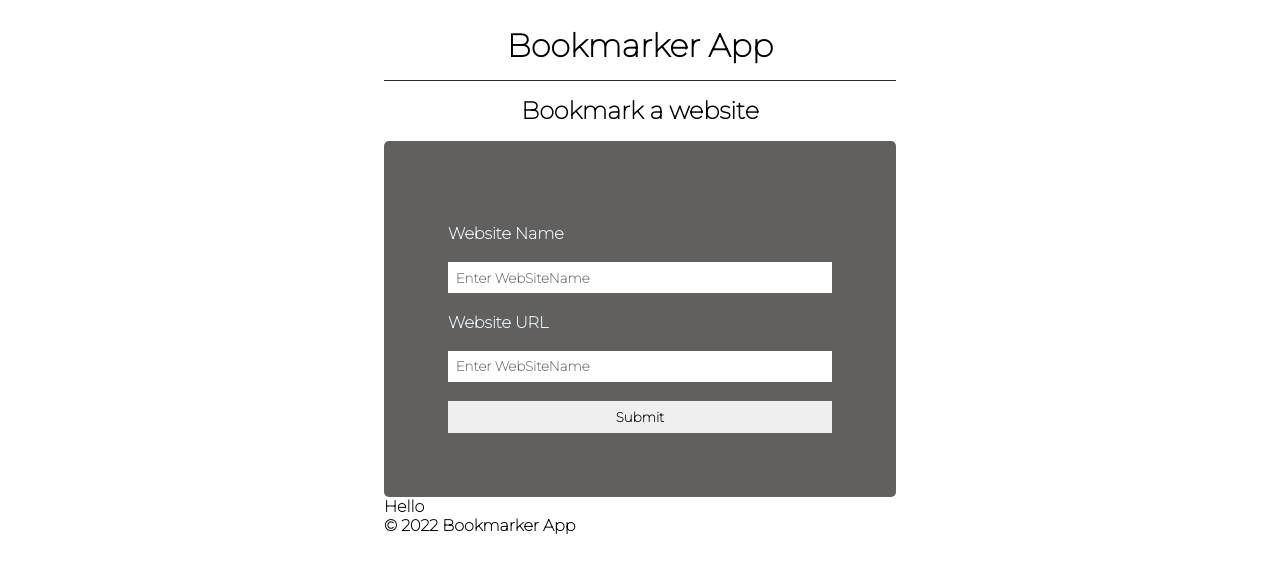
Repository: Suporl9/BookMarkerApp
Page: index.html
These files come from the project's save history. The page is drawn as it stood at one moment and after the next save; the edit follows.
The browser window is 1280 px wide. The pictures show the whole page.

Above is the page before, as saved 2021-11-21 21:17:02.

### index.html
<!DOCTYPE html>
<html lang="en">
  <head>
    <meta charset="UTF-8" />
    <meta http-equiv="X-UA-Compatible" content="IE=edge" />
    <meta name="viewport" content="width=device-width, initial-scale=1.0" />
    <link rel="stylesheet" href="./style.css" />
    <title>Document</title>
  </head>
  <body>
    <div class="container">
      <div class="innerContainer">
        <div class="ininContainer">
          <div class="bookmarkerSection"><h1>Bookmarker App</h1></div>
          <!-- <h1>Bookmarker App</h1> -->
          <div class="vh"></div>
          <div class="formInput">
            <form class="formSec">
              <h2 class="h2class">Bookmark a website</h2>
              <div class="sitesec">
                <label class="labc" name="siteName">Website Name</label>
                <input
                  type="text"
                  name="sitename"
                  placeholder="Enter WebSiteName"
                  class="inpClass"
                />
                <label class="labc" name="siteName">Website URL</label>
                <input
                  type="text"
                  name="sitename"
                  class="inpClass"
                  placeholder="Enter WebSiteName"
                />
                <button class="submBtn">Submit</button>
              </div>
            </form>
          </div>
          <div class="toBeAdded">Hello</div>
          <footer class="footer">
            <p>&copy; 2022 Bookmarker App</p>
          </footer>
        </div>
      </div>
    </div>
  </body>
</html>

### style.css
@import url("https://fonts.googleapis.com/css2?family=Montserrat:wght@100&display=swap");

:root {
  --main-bg-color: rgb(255, 255, 255);
  --main-grey: rgb(97, 96, 95);
}
* {
  font-family: "Montserrat", sans-serif;
  box-sizing: border-box; /* includes padding in height and width(the box outside doesnot get bigger when adding padding and stuff)*/
  margin: 0;
  padding: 0;
  font-weight: bold;
  border: none;
}
body {
  width: 80%;
  margin: auto;
}
.container {
  font-family: "Montserrat", sans-serif;

  display: flex;
  justify-content: center;
}
.innerContainer {
  /* display: flex;
  flex-direction: column; */
  width: 50%;
  margin: auto;
  /* justify-content: center;
  align-self: center; */
}
.ininContainer {
  display: flex;
  flex-direction: column;
  margin-top: 5%;
  /* align-content: center; */
  /* justify-content: center; */
}
.bookmarkerSection {
  display: flex;
  justify-content: center;
}
.vh {
  border-bottom: 1px solid rgb(43, 42, 42);
  margin-top: 3%;
}
/* .formInput {
  display: flex;
  flex-direction: column;
  justify-content: center;
} */
.h2class {
  align-self: center;
  margin-bottom: 3%;
}
.formSec {
  display: flex;
  flex-direction: column;
  margin-top: 3%;
  /* justify-content: end; */
  /* width: 0%; */
  /* align-content: center; */
}
.sitesec {
  display: flex;
  flex-direction: column;
  background-color: var(--main-grey);
  padding: 4rem;
  border-radius: 5px;
  color: aliceblue;
}
.submBtn {
  margin-top: 5%;
  padding: 0.5rem;
}
.inpClass {
  margin-top: 5%;
  padding: 2%;
}
.labc {
  margin-top: 5%;
}
/* .formSec,
.sitesec {
  display: flex;
  flex-direction: column;
} */
/* .sitesec {
  display: flex;
  flex-direction: column;
}
 */

After the next save:
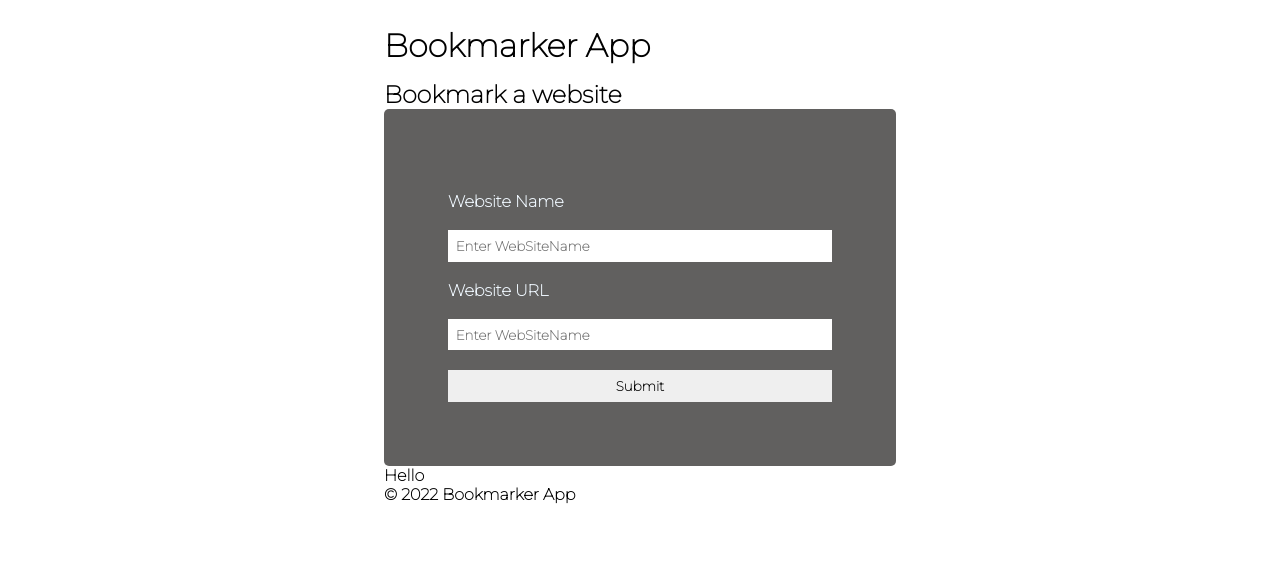
Saved 29 s later.
--- a/style.css
+++ b/style.css
@@ -34,8 +34,8 @@ body {
   display: flex;
   flex-direction: column;
   margin-top: 5%;
-  /* align-content: center; */
-  /* justify-content: center; */
+  align-content: center; */
+  /* justify-content: center;
 }
 .bookmarkerSection {
   display: flex;

After the save that followed:
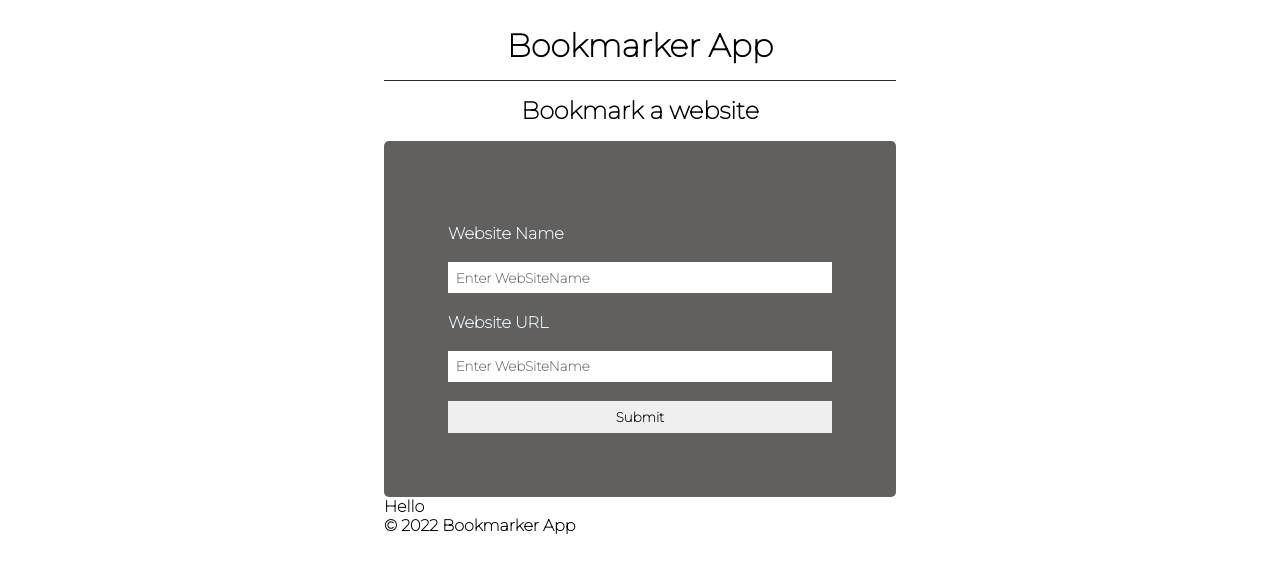
Saved 21 s later.
--- a/style.css
+++ b/style.css
@@ -34,8 +34,8 @@ body {
   display: flex;
   flex-direction: column;
   margin-top: 5%;
-  align-content: center; */
-  /* justify-content: center;
+  align-content: center;
+  justify-content: center;
 }
 .bookmarkerSection {
   display: flex;
